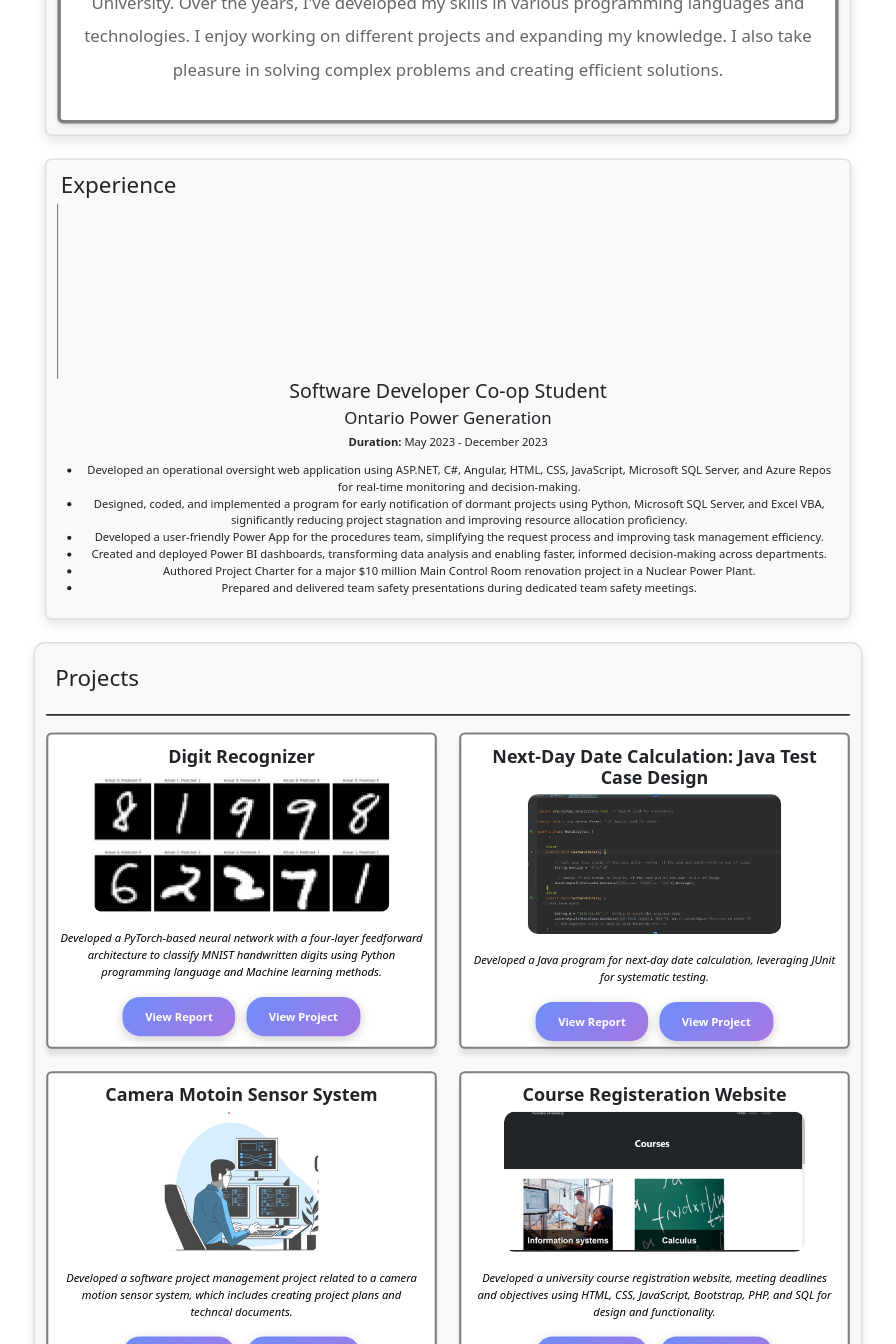
Repository: AkshatKapo/My-Portfolio
Page: /
The author's editor kept a copy of each file at every save. The page is drawn from the files as they stood at one save, then again after a run of saves.
The browser window is 1280 px wide. The pictures show the part of the page from y = 746 to 2666 px (the page is 2944 px tall before and 2955 px after), at 70% of full size.
The project was rebuilt for these pictures with package versions that can differ from the ones it lists, and the page was loaded fresh each time. Also part of the build but not shown: vite.config.js.

Above is the page before, as saved 2024-06-14 16:13:34.

### index.html
<!DOCTYPE html>
<html lang="en">
  <head>
    <meta charset="UTF-8" />
    <link rel="stylesheet" href="https://cdnjs.cloudflare.com/ajax/libs/font-awesome/6.0.0-beta3/css/all.min.css">
    <link rel="stylesheet" href="https://maxcdn.bootstrapcdn.com/bootstrap/4.5.2/css/bootstrap.min.css">

    <meta name="viewport" content="width=device-width, initial-scale=1.0" />
    <title>Vite + React</title>
  </head>
  <body>
    <div id="root"></div>
    <script type="module" src="/src/main.jsx"></script>
  </body>
</html>

### src/main.jsx
import React from 'react'
import ReactDOM from 'react-dom/client'
import App from './App'
import './index.css'
import 'bootstrap/dist/css/bootstrap.min.css';


ReactDOM.createRoot(document.getElementById('root')).render(
  <React.StrictMode>
    <App />
  </React.StrictMode>,
)

### src/App.jsx
import { useEffect } from 'react';
import './App.css';
import Header from './components/Header';
import Home from './components/Home';
import About from './components/About';
import Experience from './components/Experience'; // Corrected import path
import Projects from './components/projects';
import Contact from './components/Contact';
// import Skill from './components/skill'
function App() {
  useEffect(() => {
    function reveal() {
      let reveals = document.querySelectorAll(".reveal");// stores all the elements with class reveal into an array

      for (var i = 0; i < reveals.length; i++) { // iterates through reveals array, takes the each element with class reveals
        let windowHeight = window.innerHeight; // gets the height of the view port
        let elementTop = reveals[i].getBoundingClientRect().top;// gets the postion of the element relative to the view port
        let sectionHeight = reveals[i].offsetHeight;// calculates the hieght of the element
        let elementVisible = windowHeight - elementTop > 0 ? windowHeight - elementTop : 0;// calculates the porton  of the element visible(Dstance between the top of the view port  and bottom of visible part of  the element)
        let visibilityRatio = elementVisible / sectionHeight; // Fraction of the element visible

        if (visibilityRatio > 0.5) {  // if the visibility ratio is greater than half then it will make it visible
          reveals[i].classList.add("active");// add class actve to the element to make it visible
        } else { // if its less than 0.5 than it wll not display it or remove the class
          reveals[i].classList.remove("active");
        }
      }
    }

    window.addEventListener("scroll", reveal);// Add scroll as event listenere because wewe want to dsplay elements as user scrolls down

    // Call reveal initially to check the visibility of elements when the component mounts
    reveal();

    // Cleanup function to remove event listener when component unmounts
    return () => {
      window.removeEventListener("scroll", reveal);
    };
  }, []);


  return (
    <div>
      <Header />
      <Home />
      <About />
      <Experience />
      <Projects />
      <Contact />

    </div>
  );
}

export default App;

/*
Mount: useEffect runs, reveal function defined and called, scroll event listener added.
Scroll: Each scroll triggers the reveal function to recalculate and update element visibility.
Unmount: Cleanup function removes the scroll event listener.
*/

### src/index.css
body {
    font-family: 'Segoe UI', Tahoma, Geneva, Verdana, sans-serif;
    background-color:#ccddff;
    color:black;
    margin: 0;
    padding: 0;
  }


  #root {
    display: flex;
    flex-direction: column;
    min-height: 100vh;
  }

### src/App.css
#root {
  max-width: 1280px;
  margin: 0 auto;
  padding: 2rem;
  text-align: center;
}
.reveal {
  opacity: 0;
  transform: translateY(100px);
  transition: opacity 0.6s ease-out, transform 0.6s ease-out;
}

.reveal.active {
  opacity: 1;
  transform: translateY(0);
}

### src/components/Header.jsx
import React from 'react'
import './Header.css'

const Header = () => {
  return (
    <header>
      <h1 className='title'>AK</h1>
      <nav>
        <ul>
          <li><a href="#home">Home</a></li>
          <li><a href="#about">About</a></li>
          <li><a href="#skills">Skills</a></li>
          <li><a href="#projects">Projects</a></li>
          <li><a href="/Akshat_Kapoor_Resume.pdf">Resume</a></li>
        </ul>
      </nav>
    </header>
  )
}

export default Header

### src/components/Home.jsx
import React from "react";
import "./Home.css";

const Home = () => {
  return (
    <div className="reveal">
      <section id="home">
        <div className="home-content">
          <div className="text-content">
            <h3>Hello, I'm</h3>
            <h1>Akshat Kapoor</h1>
            <h4>A fourth year Software Engineering student</h4>
            <div className="social-icons">
              <a href="https://github.com/yourusername" target="_blank" rel="noopener noreferrer">
                <i className="fab fa-github"></i>
              </a>
              <a href="https://www.linkedin.com/in/yourusername" target="_blank" rel="noopener noreferrer">
                <i className="fab fa-linkedin"></i>
              </a>
              <a href="mailto:youremail@gmail.com" target="_blank" rel="noopener noreferrer">
                <i className="fas fa-envelope"></i>
              </a>
            </div>
          </div>
          <div className="separator"></div>  {/* Added separator */}
          <div className="image-content">
            <img
              src="/mnt/data/image.png"
              alt="Akshat Kapoor"
              className="profile-image"
            />
          </div>
        </div>
      </section>
    </div>
  );
};

export default Home;

### src/components/About.jsx
import React from 'react';
import './About.css';

function About() {
  return (
    <section id="about">
      <div id='about-content'>
       <h2>About Me</h2>
       <div className='seperator'>


       </div>
       <p>I am a dedicated and passionate fourth-year Software Engineering student at Ontario Tech University. Over the years, I've developed my skills in various programming languages and technologies. I enjoy working on different projects and expanding my knowledge. I also take pleasure in solving complex problems and creating efficient solutions. </p>
      </div>
    </section>
  );
}

export default About;

### src/components/Experience.jsx
import React from 'react'
import './Experience.css'

const Experience = () => {
  return (
    <div className="reveal">
      <section id="experience">
        <div className="experience-content">
          <h2>Experience</h2>
          <div className="separator"></div>
          <div>
            <h3>Software Developer Co-op Student</h3>
            <h4>Ontario Power Generation</h4>
            <p>
              <strong>Duration:</strong> May 2023 - December 2023
            </p>
            <ul>
              <li>Developed an operational oversight web application using ASP.NET, C#, Angular, HTML, CSS, JavaScript, Microsoft SQL Server, and Azure Repos for real-time monitoring and decision-making.</li>
              <li>Designed, coded, and implemented a program for early notification of dormant projects using Python, Microsoft SQL Server, and Excel VBA, significantly reducing project stagnation and improving resource allocation proficiency.</li>
              <li>Developed a user-friendly Power App for the procedures team, simplifying the request process and improving task management efficiency.</li>
              <li>Created and deployed Power BI dashboards, transforming data analysis and enabling faster, informed decision-making across departments.</li>
              <li>Authored Project Charter for a major $10 million Main Control Room renovation project in a Nuclear Power Plant.</li>
              <li>Prepared and delivered team safety presentations during dedicated team safety meetings.</li>
            </ul>
          </div>
        </div>
      </section>
    </div>
  )
}

export default Experience

### src/components/projects.jsx
import React from "react";
import "./projects.css";

const projects = () => {
  return (
    <section id="projects">
      <div class="project-list">
        <h2>Projects</h2>
        <div className="seperator"></div>
        <div class="project-row">
          <div class="project">
            <h3>Digit Recognizer</h3>
            <img src="/assets/images/image.jpg"></img>
            <p>
              Developed a PyTorch-based neural network with a four-layer
              feedforward architecture to classify MNIST handwritten digits
              using Python programming language and Machine learning methods.
            </p>
            <a href="/Machine_Learning_Project.pdf" class="Projectbutton">
              View Report
            </a>
            <a href="link-to-project1" class="Projectbutton2">
              View Project
            </a>
          </div>
          <div class="project">
            <h3>Next-Day Date Calculation: Java Test Case Design </h3>
            <img src="/assets/images/date.jpg"></img>
            <p>
              Developed a Java program for next-day date calculation, leveraging
              JUnit for systematic testing.{" "}
            </p>
            <a href="/100781511_Akshat_Kapoor_TestDesignAssignment_NextDate.pdf" class="Projectbutton">
              View Report
            </a>
            <a href="link-to-project1" class="Projectbutton2">
              View Project
            </a>
          </div>
        </div>
        <div class="project-row">
          <div class="project">
            <h3>Camera Motoin Sensor System</h3>
            <img src="/assets/images/moton sensor.jpg"></img>
            <p>
              Developed a software project management project related to a
              camera motion sensor system, which includes creating project plans and techncal documents.
            </p>
            <a href="/SPM_Project.pdf" class="Projectbutton">
              View Report
            </a>
            <a href="link-to-project1" class="Projectbutton2">
              View Project
            </a>
          </div>
          <div class="project">
            <h3>Course Registeration Website</h3>
            <img src="/assets/images/coursespage.jpg"></img>
            <p>
              Developed a university course registration website,
              meeting deadlines and objectives using HTML, CSS, JavaScript,
              Bootstrap, PHP, and SQL for design and functionality.
            </p>
            <a href="/Data_Report.pdf" class="Projectbutton">
              View Report
            </a>
            <a href="link-to-project1" class="Projectbutton2">
              View Project
            </a>
          </div>
        </div>
      </div>
    </section>
  );
};

export default projects;

### src/components/Contact.jsx
import React from "react";
import "./Contact.css";

const Contact = () => {
  return (
    <footer id="footer">
      <div className="footer-content">
        <ul className="footer-icons">
          <li>
            <a
              href="https://github.com/yourusername"
              target="_blank"
              rel="noopener noreferrer"
            >
              <i className="fab fa-github"></i>
            </a>
          </li>
          <li>
            <a
              href="https://www.linkedin.com/in/yourusername"
              target="_blank"
              rel="noopener noreferrer"
            >
              <i className="fab fa-linkedin"></i>
            </a>
          </li>
          <li>
            <a
              href="mailto:youremail@gmail.com"
              target="_blank"
              rel="noopener noreferrer"
            >
              <i className="fas fa-envelope"></i>
            </a>
          </li>
        </ul>

      </div>
      <p className="footer-copy">© 2024 Akshat Kapoor</p>
    </footer>
  );
};

export default Contact;

### src/components/Header.css
header {
  background-color: #333;
  color: white;
  padding: 2%;
  display: flex;
  justify-content: space-between;
  align-items: center;

    /* text-align: center; */
  }
  .title {
    font-family: 'Helvetica', sans-serif;
    font-size: 50px;
    background:white;
    -webkit-background-clip: text;
    color: transparent;
  }


  nav ul {
    list-style-type: none;
    padding: 0;
    margin: 0;
    display: flex;
  }

  nav ul li {
    margin: 0 1rem;
  }

  nav ul li a {
    color: white;
    text-decoration: none;
    font-size: 150%;
  }

### src/components/Home.css
@import url('https://fonts.googleapis.com/css2?family=Roboto:wght@300;400;700&display=swap');

#home {
  padding: 1rem;
  display: flex;
  justify-content: center;
  align-items: center;
  background-color: #f9f9f9;
  border: 2px solid #ddd; /* Light border */
  border-radius: 10px; /* Rounded corners */
  margin: 2rem; /* Margin to ensure it doesn’t touch the edges of the container */

}

.home-content {
  display: flex;
  justify-content: space-between;
  width: 100%;
  max-width: 1200px; /* Adjust the max-width as needed */
  background: #fff; /* Background for the content */
  padding: 2rem; /* Padding around the content */
  box-shadow: 0 4px 8px rgba(0, 0, 0, 0.1); /* Shadow for styling */
  border-radius: 8px; /* Rounded corners */
}

.text-content {
  flex: 1;
  padding-right: 1rem;
  font-family: 'Roboto', sans-serif;

}

.text-content h2 {
  font-size: 2.5rem; /* Adjust the font size as needed */
  font-weight: 900;
  color: #333;
  margin-bottom: 1rem;

}

.text-content p {
  font-size: 1rem; /* Adjust the font size as needed */
  line-height: 1.6; /* Adjust the line height as needed */
  color: #666;
  font-weight: 300;
}

.separator {
  width: 1px;
  background-color: #333;
  height: 250px; /* Adjust the height as needed */
}

.image-content {
  flex: 1;
  display: flex;
  justify-content: center;
}

.profile-image {
  width: 250px;
  height: 250px;
  border-radius: 50%;
  object-fit: cover;
 }

 .social-icons {
  display: flex;
  gap: 30px; /* Adjust the spacing between icons */
  justify-content: center;
}

.social-icons a {
  color: #000; /* Change the color if needed */
  text-decoration: none;
}

.social-icons .icon {
  width: 40px; /* Adjust the size of the icons */
  height: 40px; /* Adjust the size of the icons */
}

.social-icons i {
  font-size: 40px; /* Adjust the size of the font-awesome icons */
}

/* Add hover effect if desired */
.social-icons a:hover {
  opacity: 0.7; /* Example hover effect */
}

### src/components/About.css
#about {
  padding: 1rem;
  display: flex;
  background-color: #f9f9f9;
  border: 2px solid #ddd; /* Light border */
  border-radius: 10px; /* Rounded corners */
  box-shadow: 0 8px 16px rgba(0, 0, 0, 0.1); /* Shadow for depth */
  margin: 2rem; /* Margin to ensure it doesn’t touch the edges of the container */



}
#about-content {
  display: table-column;
  justify-content: space-between;
  width: 100%;
  max-width: 1200px; /* Adjust the max-width as needed */
  background: #fff; /* Background for the content */
  padding: 2rem; /* Padding around the content */
  box-shadow: 0 4px 8px rgba(0, 0, 0, 0.1); /* Shadow for styling */
  border-radius: 8px; /* Rounded corners */
}


#about h2 {
  font-size: 2rem;
  text-align: left; /* This will align the heading to the left */
  margin-bottom: 1rem; /* Adding some space between the heading and the paragraph */
  margin-top: 0.2rem;
  margin-left: 0.3rem;


}
.seperator {
  border-top: 2px solid black;
  width: 100%; /* Adjust as needed */
  margin: 20px 3; /* Adjust as needed */
}

#about p {
  font-size: 1.5rem; /* Adjust the font size as needed */
  line-height: 2; /* Adjust the line height as needed */
  color: #666;
  font-weight: 300;
  }
#about {
  padding: 1rem;
  display: flex;
  background-color: #f9f9f9;
  border: 2px solid #ddd; /* Light border */
  border-radius: 10px; /* Rounded corners */
  box-shadow: 0 8px 16px rgba(0, 0, 0, 0.1); /* Shadow for depth */
  margin: 2rem; /* Margin to ensure it doesn’t touch the edges of the container */



}
#about-content {
  display: table-column;
  justify-content: space-between;
  width: 100%;
  max-width: 1200px; /* Adjust the max-width as needed */
  background: #fff; /* Background for the content */
  padding: 2rem; /* Padding around the content */
  box-shadow: 0 4px 8px rgba(0, 0, 0, 0.1); /* Shadow for styling */
  border-radius: 8px; /* Rounded corners */
  border: 5px solid grey

}


#about h2 {
  font-size: 2rem;
  text-align: left; /* This will align the heading to the left */
  margin-bottom: 1rem; /* Adding some space between the heading and the paragraph */
  margin-top: 0.2rem;
  margin-left: 0.3rem;


}
.seperator {
  border-top: 2px solid black;
  width: 100%; /* Adjust as needed */
  margin: 20px 3; /* Adjust as needed */
}

#about p {
  font-size: 1.5rem; /* Adjust the font size as needed */
  line-height: 2; /* Adjust the line height as needed */
  color: #666;
  font-weight: 300;
  }

### src/components/Experience.css
#experience {
  padding: 1rem;
  display: flex;
  background-color: #f9f9f9;
  border: 2px solid #ddd; /* Light border */
  border-radius: 10px; /* Rounded corners */
  box-shadow: 0 8px 16px rgba(0, 0, 0, 0.1); /* Shadow for depth */
  margin: 2rem; /* Margin to ensure it doesn’t touch the edges of the container */
  }
  #experience-content{
    display: table-column;
    justify-content: space-between;
    width: 100%;
    max-width: 1200px; /* Adjust the max-width as needed */
    background: #fff; /* Background for the content */
    padding: 2rem; /* Padding around the content */
    box-shadow: 0 4px 8px rgba(0, 0, 0, 0.1); /* Shadow for styling */
    border-radius: 8px; /* Rounded corners */
  }
  h2 {
    font-size: 2rem;
    text-align: left; /* This will align the heading to the left */
    margin-bottom: 1rem; /* Adding some space between the heading and the paragraph */
    margin-top: 0.2rem;
    margin-left: 0.3rem;


  }

### src/components/projects.css
#projects {
  padding: 1rem;
  background-color: #f9f9f9;
  border: 2px solid #ddd; /* Light border */
  border-radius: 16px; /* Rounded corners */
  box-shadow: 0 8px 16px rgba(0, 0, 0, 0.1); /* Shadow for depth */
  margin: 1rem; /* Margin to ensure it doesn’t touch the edges of the container */
}

.project-list {
  display: flex;
  flex-direction: column;
  gap: 1rem; /* Space between rows */
  align-items: stretch;

}

.project-list h2 {
  font-size: 2rem;
  text-align: left; /* Align heading to the left */
  margin: 0.9rem 0 1rem 0.8rem; /* Consistent spacing around heading */
}

.project-row {
  display: flex;
  justify-content: space-between; /* Allow wrapping for responsive design */
  width: 100%; /* Space between projects */
  gap: 2rem;
  align-items: stretch;
}

.project {
  flex: 5 ; /* Flex basis to allow two projects per row with a gap */
  text-align: center;
  padding: 1rem; /* Consistent padding */
  padding-bottom: 0;
  background-color: #fff;
  border: 3px solid grey;
  box-shadow: 0 9px 8px rgba(0, 0, 0, 0.1); /* Shadow for styling */
  border-radius: 8px; /* Rounded corners */
  margin: 0.5rem 0; /* Margin for spacing between rows */
}

.project img {
  justify-content: center;
  max-width: 100%;
  max-height: 200px;
  border-radius: 15px;
  margin-bottom: 25px;
  border-color:50px solid aquamarine;
}

.project h3 {
  font-size: 1.6rem;
  font-weight: bolder;
  margin-bottom: 0.5rem; /* Space between title and paragraph */
  margin-top: 0;
}

.project p {
  font-size: 1rem;
  font-style: italic;
  color: black;
}

.Projectbutton, .Projectbutton2 {
  display: inline-block;
  padding: 1rem 2rem; /* Adjusted padding for better appearance */
  font-size: 1rem; /* Set font size */
  font-weight: bold; /* Make font bold */
  text-align: center; /* Center the text */
  background: linear-gradient(135deg, #6e8efb, #a777e3); /* Add gradient background */
  color: white; /* Change text color to white */
  text-decoration: none; /* Remove underline */
  border: none; /* Remove border */
  border-radius: 25px; /* More rounded corners */
  box-shadow: 0 4px 15px rgba(0, 0, 0, 0.2); /* Add shadow */
  transition: background 0.3s, transform 0.3s; /* Smooth transitions */
  cursor: pointer; /* Change cursor to pointer */
  margin: 0.5rem; /* Add a small margin for better spacing */
}

.Projectbutton:hover, .Projectbutton2:hover {
  background: linear-gradient(135deg, #a777e3, #6e8efb); /* Reverse gradient on hover */
  transform: translateY(-2px); /* Slight lift on hover */
  box-shadow: 0 6px 20px rgba(0, 0, 0, 0.3); /* Increase shadow on hover */
}
.seperator {
  border-top: 2px solid black;
  width: 100%; /* Adjust as needed */
  margin: 20px 3; /* Adjust as needed */
}

/* Responsive Design */
@media (max-width: 768px) {
  .project-row {
    flex-direction: column; /* Stack projects vertically on smaller screens */
  }

  .Projectbutton2 {
    margin-left: 0; /* Reset margin on smaller screens */
  }
}

### src/components/Contact.css
#footer {
  background-color: #333;
  padding: 1rem 0;
  text-align: center;
  color: white;
}

.footer-content {
  display: flex;
  justify-content: center;
  align-items: center;
  margin-bottom: 1rem;
}

.footer-icons {
  list-style: none;
  padding: 0;
  margin: 0;
  text-align: center;
}

.footer-icons li {
  display: inline-block;
  margin: 0 20px; /* Increased margin for more gap between icons */
}

.footer-icons li a {
  color: grey; /* Change color as needed */
  font-size: 40px; /* Adjust size as needed */
  text-decoration: none;
}

.footer-icons li a:hover {
  color: #007bff; /* Change color on hover as needed */
}
.footer-copy {
  margin-top: 1rem;
  font-size: 16px;
  color: #aaa;
}

After the next 2 saves:
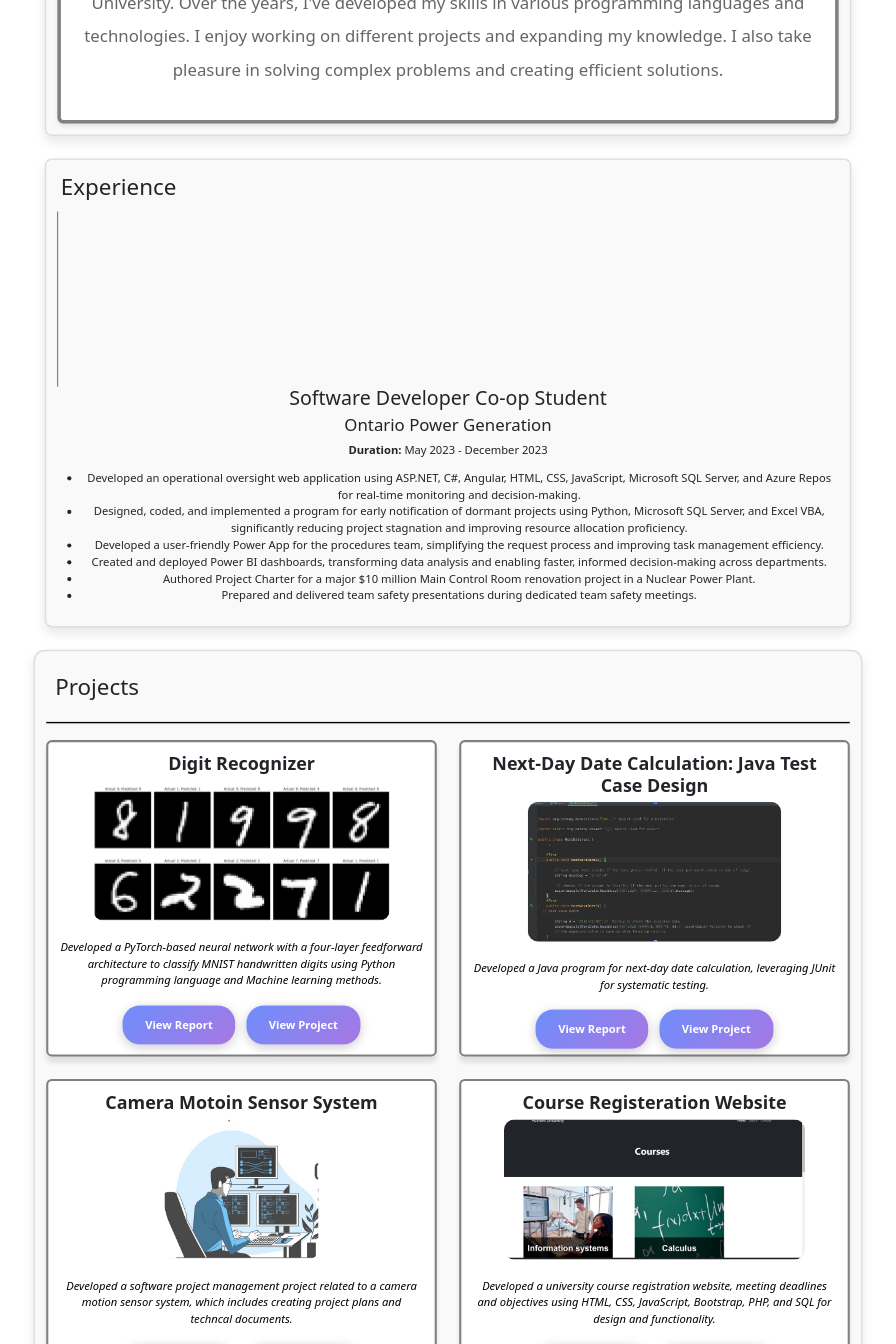
The 2 saves are shown as one change because they came seconds apart.
The last was saved 12 s later.
--- a/src/components/Experience.css
+++ b/src/components/Experience.css
@@ -17,7 +17,7 @@
     box-shadow: 0 4px 8px rgba(0, 0, 0, 0.1); /* Shadow for styling */
     border-radius: 8px; /* Rounded corners */
   }
-  h2 {
+  #experience h2 {
     font-size: 2rem;
     text-align: left; /* This will align the heading to the left */
     margin-bottom: 1rem; /* Adding some space between the heading and the paragraph */
